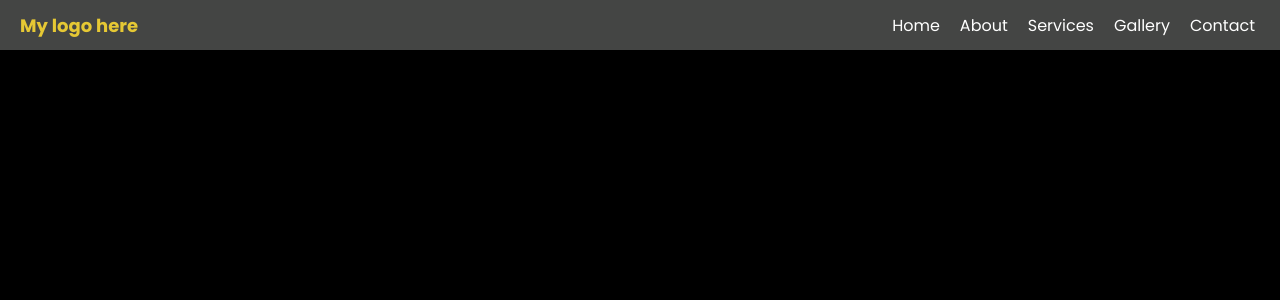
Repository: buzzedison/gardens
Page: index.html
The author's editor kept a copy of each file at every save. The page is drawn from the files as they stood at one save, then again after the next save.
The browser window is 1280 px wide. The pictures show the whole page.

Above is the page before, as saved 2022-01-12 17:00:54.

### index.html
<!DOCTYPE html>
<html lang="en">
<head>
    <meta charset="UTF-8">
    <meta http-equiv="X-UA-Compatible" content="IE=edge">
    <meta name="viewport" content="width=device-width, initial-scale=1.0">
    <title>Navbar</title>
    <script src="index.js" defer></script>
    <link rel="stylesheet" href="/css/styles.css">
</head>
<body>
    <div>

        <Header>
            <div id="logo"> <a href="/">My logo here</a></div>
            <nav>
<ul>
    <li> <a href="/"> Home</a></li>
    <li> <a href="/"> About</a></li>
    <li> <a href="/"> Services</a></li>
    <li> <a href="/"> Gallery</a></li>
    <li> <a href="/">  Contact</a></li>
</ul>

 </nav>
            <!-- Mobile version -->
            <div id="mobile-icon" onclick="toggleMobileMenu(this)">
                <div class="bar1"></div>
                <div class="bar2"></div>
                <div class="bar3"></div>
                <ul class="mobile-menu">
                  <li><a href="/">Home</a></li>
                  <li><a href="/">About</a></li>
                  <li><a href="/">Services</a></li>
                  <li><a href="/">Gallery</a></li>
                  <li><a href="/">Contact</a></li>

                </ul>
              </div>
        </Header>
        <main class="container">
            <section1>
                <p class="section-title">Helping you look  <span id="fab">Fabulous!</span></p>
            </section1>

        </main>
    </div>
</body>
</html>

### css/styles.css
@import url("https://fonts.googleapis.com/css2?family=Poppins:wght@400;700&display=swap");

* {
  padding: 0;
  margin: 0;
  box-sizing: border-box;
}

body {
  color: black;
  font-family: "Poppins", sans-serif;
  background-color:black;
}

header a {
  text-decoration: none;
}

header {
  padding: 0 20px;
  background-color: #444544;
  height: 50px;
  display: flex;
  justify-content: space-between;
}

#logo {
  font-weight: bold;
  font-size: 18px;
  display: flex;
  align-items: center;
}

#logo a {
  color: #e6c834;
}

ul {
  list-style: none;
  height: 100%;
  display: flex;
  align-items: center;
  justify-content: space-around;
}

ul a {
  color: white;
}

ul li {
  padding: 5px;
  margin-left: 10px;
}

ul li:hover {
  transform: scale(1.1);
  transition: 0.3s;
}




#mobile-icon {
  margin: auto 0;
  display: none;
  cursor: pointer;
}

#mobile-icon div {
  width: 35px;
  height: 3px;
  background-color: white;

  margin: 6px 0;
  transition: 0.4s;
}

.open .bar1 {
  -webkit-transform: rotate(-45deg) translate(-6px, 6px);
  transform: rotate(-45deg) translate(-6px, 6px);
}

.open .bar2 {
  opacity: 0;
}

.open .bar3 {
  -webkit-transform: rotate(45deg) translate(-6px, -8px);
  transform: rotate(45deg) translate(-6px, -8px);
}

.open .mobile-menu {
  display: flex;
  flex-direction: column;
  align-items: center;
  justify-content: flex-start;
}

.mobile-menu {
  display: none;
  position: absolute;
  top: 50px;
  left: 0;
  height: calc(100vh - 50px);
  width: 100%;

}

.mobile-menu li {
  margin-bottom: 10px;

}

@media only screen and (max-width: 600px) {
  header nav {
    display: none;
  }

  #mobile-icon {
    display: block;
  }
}

Loaded but not shown: index.js (common file)

After the next save:
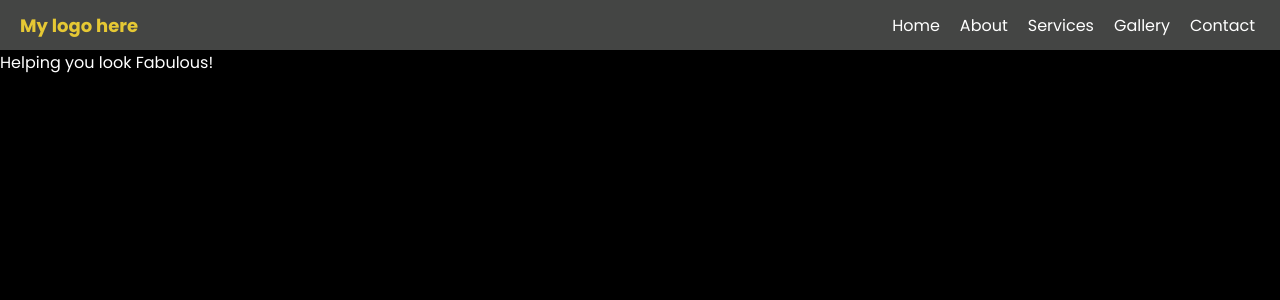
Saved 14 s later.
--- a/css/styles.css
+++ b/css/styles.css
@@ -120,3 +120,8 @@ ul li:hover {
     display: block;
   }
 }
+
+
+.section-title{
+  color: white;
+}
